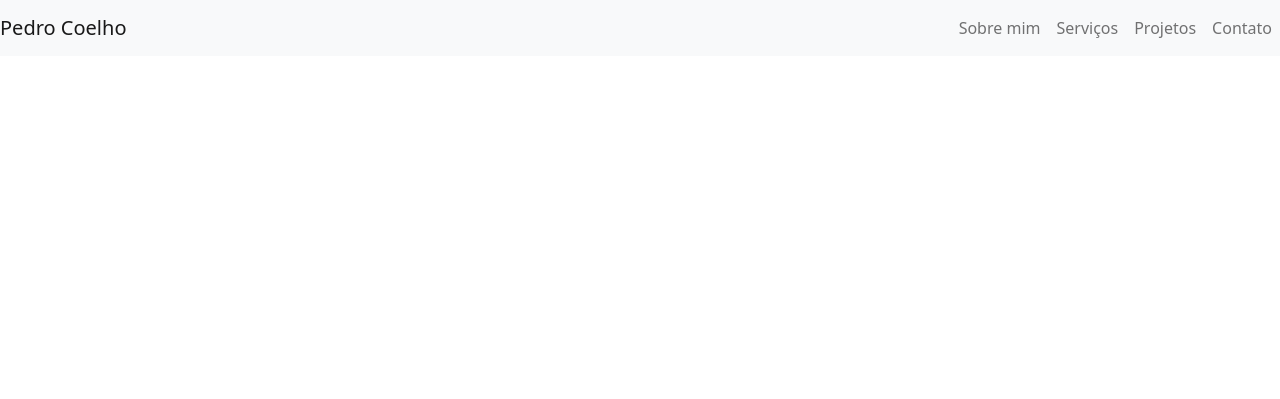
Repository: PedroHQCoelho/portfolio
Page: index.html
An editor plug-in stored every save of this project. The page is shown before and after the next save, followed by the edit.
The browser window is 1280 px wide. The pictures show the whole page.

Above is the page before, as saved 2022-05-24 17:46:53.

After the next save:
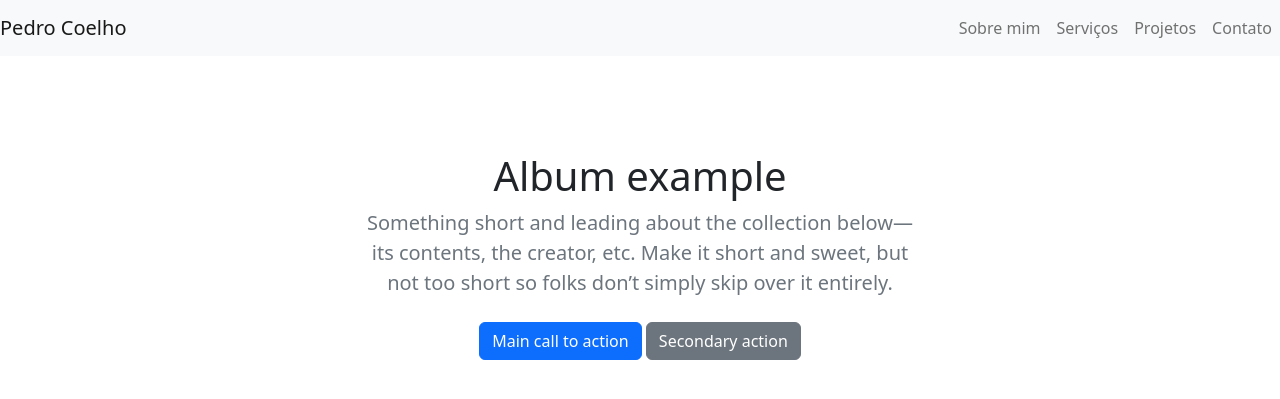
Saved 4 min 31 s later.
--- a/index.html
+++ b/index.html
@@ -37,6 +37,19 @@
             </li>
           </ul>
         </div>
-      </nav>
+    </nav>
+
+    <section class="py-5 text-center container">
+        <div class="row py-lg-5">
+          <div class="col-lg-6 col-md-8 mx-auto">
+            <h1 class="fw-light">Album example</h1>
+            <p class="lead text-muted">Something short and leading about the collection below—its contents, the creator, etc. Make it short and sweet, but not too short so folks don’t simply skip over it entirely.</p>
+            <p>
+              <a href="#" class="btn btn-primary my-2">Main call to action</a>
+              <a href="#" class="btn btn-secondary my-2">Secondary action</a>
+            </p>
+          </div>
+        </div>
+    </section>
 </body>
 </html>
